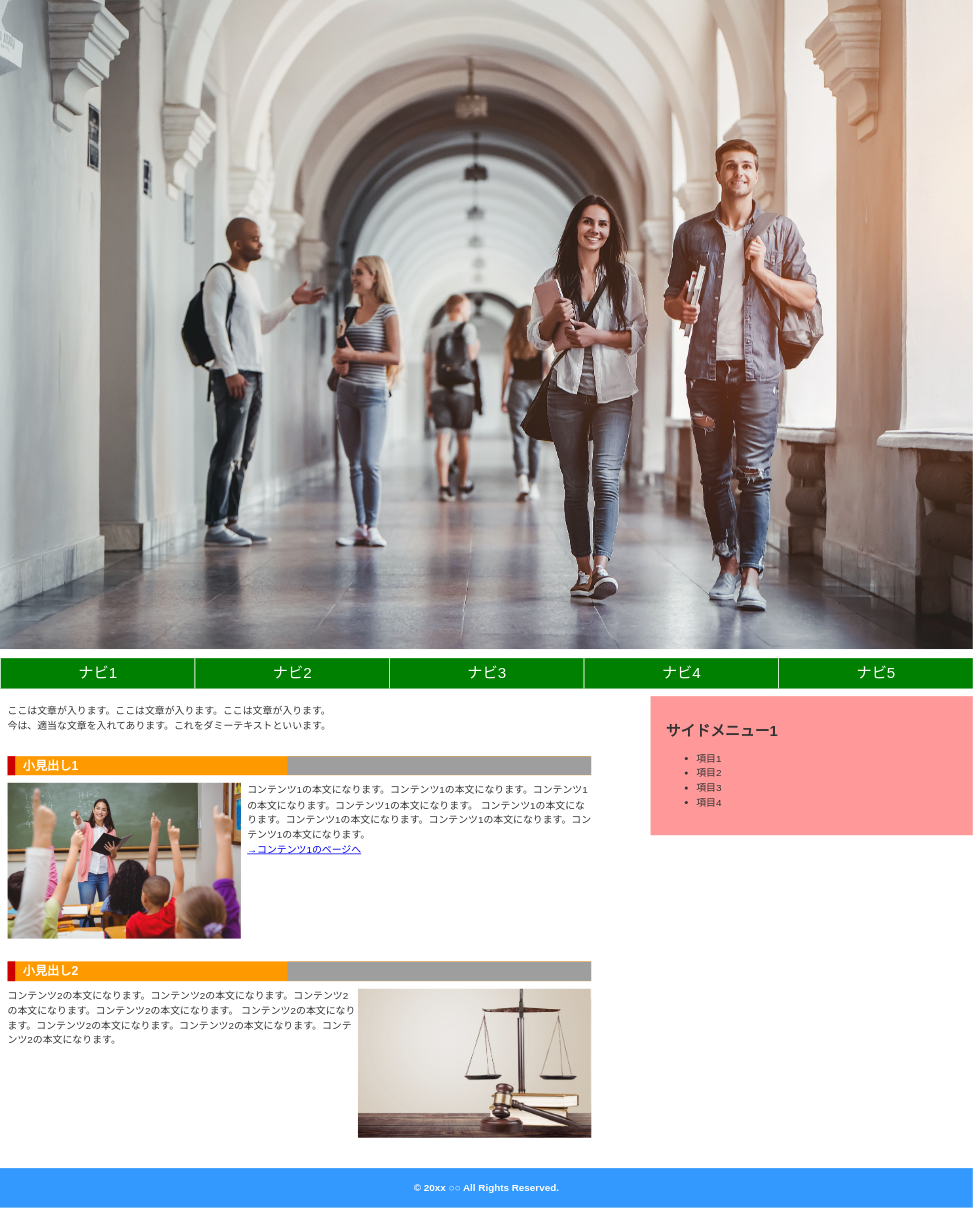
Repository: sui693/samurai_HTML-CSS
Page: home.html
The author's editor kept a record of every edit. The page is drawn from the files as they stood at one moment, then again after the next edit.
The browser window is 1280 px wide. The pictures show the whole page, at 76% of full size.
Pictures or frames that could not be fetched are drawn as grey boxes.

Above is the page before.

### home.html
<!DOCTYPE html>
<html lang="ja">
<head>
    <meta charset="UTF-8">
    <title>HTML/CSSの学習</title>
    <link rel="stylesheet" href="stylesheet.css">
</head>
<body>
    <div id="header">
        <h1><a href="index.html"><img id="corridor" src="images/corridor.jpg" alt="大学の廊下" /></a></h1>
    </div>
    <div id="wrapper">
        <div id="nav">
            <ul>
                <li><a href="home.html">ナビ1</a></li>
                <li><a href="#">ナビ2</a></li>
                <li><a href="#">ナビ3</a></li>
                <li><a href="#">ナビ4</a></li>
                <li><a href="#">ナビ5</a></li>
            </ul>
        </div>
    </div>
    <div id="container">
        <div id="main">
            <div class="post">
                <p>ここは文章が入ります。ここは文章が入ります。ここは文章が入ります。<br />今は、適当な文章を入れてあります。これをダミーテキストといいます。</p>
            </div>
            <div class="post clearfix">
                <h2>小見出し1</h2>
                <img class="left" src="images/classroom.jpg" alt="授業風景" />
                <p>
                    コンテンツ1の本文になります。コンテンツ1の本文になります。コンテンツ1の本文になります。コンテンツ1の本文になります。
                    コンテンツ1の本文になります。コンテンツ1の本文になります。コンテンツ1の本文になります。コンテンツ1の本文になります。
                </p>
                <p><a href="#">→コンテンツ1のページへ</a></p>
            </div>
            <div class="post clearfix">
                <h2>小見出し2</h2>
                <img class="right" src="images/scale.jpg" alt="天秤" />
                <p>
                    コンテンツ2の本文になります。コンテンツ2の本文になります。コンテンツ2の本文になります。コンテンツ2の本文になります。
                    コンテンツ2の本文になります。コンテンツ2の本文になります。コンテンツ2の本文になります。コンテンツ2の本文になります。                        </p>
            </div>
        </div>
    </div>
    <div id="side">
        <div class="box">
            <h2>サイドメニュー1</h2>
            <div class="boxBody">
                <ul>
                    <li>項目1</li>
                    <li>項目2</li>
                    <li>項目3</li>
                    <li>項目4</li>
                </ul>
            </div>
        </div>
    </div>
    <div id="footer">
        <p>&copy; 20xx ○○ All Rights Reserved.</p>
    </div>
</body>
</html>

### stylesheet.css
@charset "utf-8";

body {
    margin: 0;
    padding: 0;
    font-family: "ヒラギノ角ゴ Pro W3", "Hiragino Kaku Gothic Pro", "メイリオ", Meiryo, Osaka, "ＭＳ Ｐゴシック", "MS PGothic", sans-serif;
	color: #333;
	font-size: 13px;
	line-height:  150%;
}

/* -------------------- wrapper -------------------- */
#wrapper {
    width: 100%;
    margin: auto;
    padding: 0px;
    border: 0px;
    background-color: #FFF;
    top: 10px;
    position: relative;
}

 /* -------------------- header -------------------- */
 #header {
 	width: 100%;
 }
 #header h1 {
 	margin: 0;
    padding: 0;
 }

 #corridor {
	width: 100%;
	height: auto;
 }

 /* -------------------- footer -------------------- */
 #footer {
     clear: both;
     width: 100%;
     padding: 3px 0 3px 0;
     background: #39F;
     color: #FFF;
     font-weight: bold;
     text-align: center;
 }


/* -------------------- nav -------------------- */
#nav {
    width: 100%;
}
#nav ul {
    margin: 0;
    padding: 0;
    list-style-type: none;
}
#nav ul li {
    float: left;
    width: 20%;
    text-align: center;
}
#nav ul li a {
    display:  block;
    height: 20px;
    margin: 0;
    padding: 10px;
    color: #FFF;
    font-size: 20px;
    text-decoration: none;
    background-color: green;
    border-left: 1px solid white;
}

/* -------------------- container -------------------- */
#container {
    width: 100%;
    margin: auto;
    padding: auto;
    padding-top: 20px;
    clear: both;
}
/* -------------------- main -------------------- */
#main {
    float: left;
    width: 60%;
    padding: 10px 30px 10px 10px;
}
#main h2 {
    margin: 0 0 10px 0;
    padding: 3px 10px 3px 10px;
    color: #FFF;
    font-size: 16px;
    border-left: solid 10px #C00;
    background: #F90 url(../images/main_h2.jpg) right top repeat-y;
}
#main p {
    margin: 0;
    padding: 0;
}
#main .post {
    margin: 0 0 30px 0;
}
#main .post img.left {
    margin: 0 8px 0 0;
}
.right {
    float: right;
    width: 40%;
    height: auto;
}
.left {
    float: left;
    width: 40%;
    height: auto;
}

/* -------------------- clearfix -------------------- */
.clearfix {
    zoom: 1;
}
.clearfix:after{
    content: "";
    display: block;
    clear: both;
}

/* -------------------- side -------------------- */
#side {
    float: right;
 	 width: 30%;
 	 padding: 20px;
 	 background-color: #F99;
}

After the next edit:
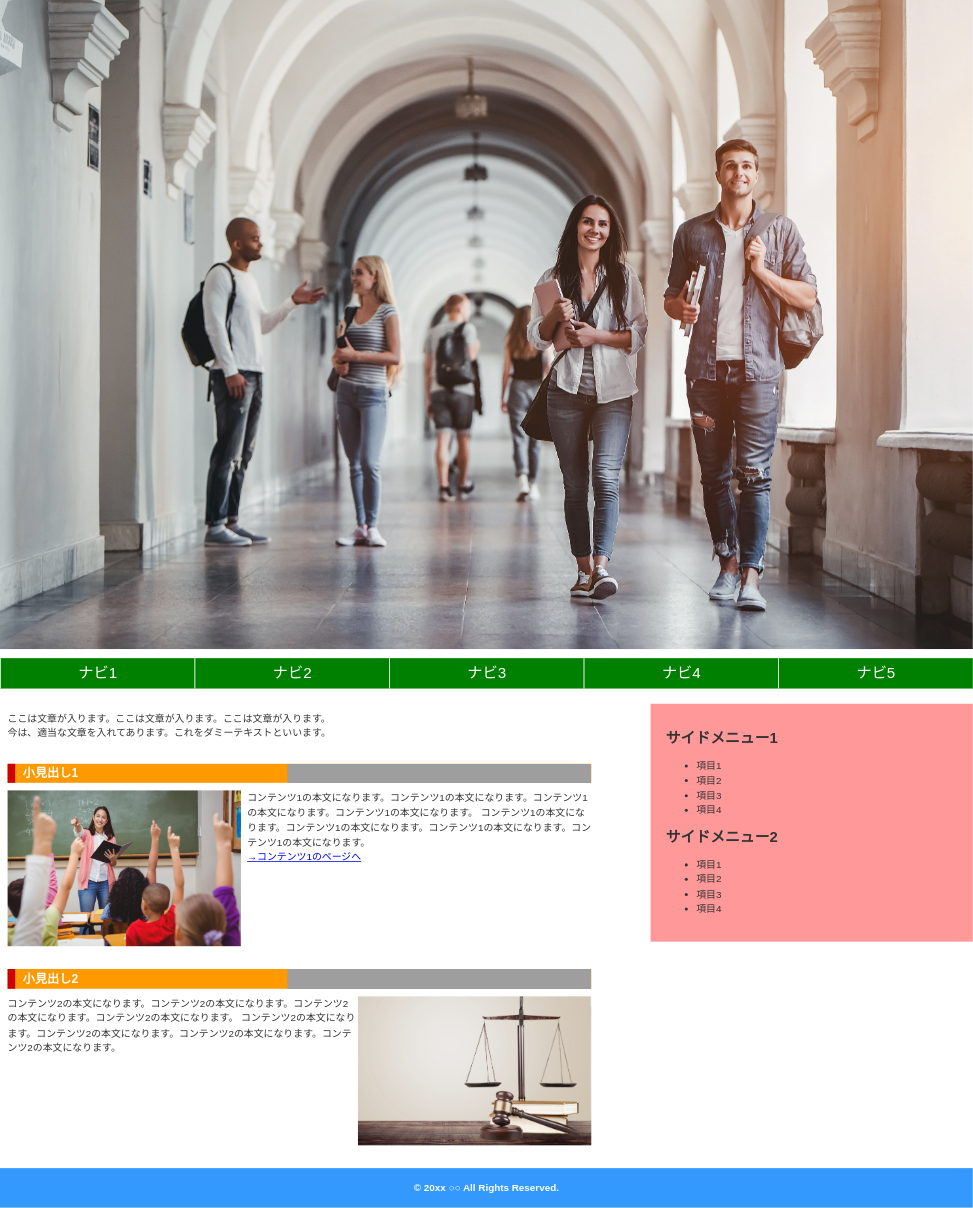
The edit:
--- a/home.html
+++ b/home.html
@@ -1,63 +1,75 @@
 <!DOCTYPE html>
 <html lang="ja">
-<head>
-    <meta charset="UTF-8">
-    <title>HTML/CSSの学習</title>
-    <link rel="stylesheet" href="stylesheet.css">
-</head>
-<body>
-    <div id="header">
-        <h1><a href="index.html"><img id="corridor" src="images/corridor.jpg" alt="大学の廊下" /></a></h1>
-    </div>
-    <div id="wrapper">
-        <div id="nav">
-            <ul>
-                <li><a href="home.html">ナビ1</a></li>
-                <li><a href="#">ナビ2</a></li>
-                <li><a href="#">ナビ3</a></li>
-                <li><a href="#">ナビ4</a></li>
-                <li><a href="#">ナビ5</a></li>
-            </ul>
+    <head>
+        <meta charset="UTF-8">
+        <title>HTML/CSSの学習</title>
+        <link rel="stylesheet" href="stylesheet.css">
+    </head>
+    <body>
+        <div id="header">
+            <h1><a href="index.html"><img id="corridor" src="images/corridor.jpg" alt="大学の廊下" /></a></h1>
         </div>
-    </div>
-    <div id="container">
-        <div id="main">
-            <div class="post">
-                <p>ここは文章が入ります。ここは文章が入ります。ここは文章が入ります。<br />今は、適当な文章を入れてあります。これをダミーテキストといいます。</p>
+        <div id="wrapper">
+            <div id="nav">
+                <ul>
+                    <li><a href="home.html">ナビ1</a></li>
+                    <li><a href="#">ナビ2</a></li>
+                    <li><a href="#">ナビ3</a></li>
+                    <li><a href="#">ナビ4</a></li>
+                    <li><a href="#">ナビ5</a></li>
+                </ul>
             </div>
-            <div class="post clearfix">
-                <h2>小見出し1</h2>
-                <img class="left" src="images/classroom.jpg" alt="授業風景" />
-                <p>
-                    コンテンツ1の本文になります。コンテンツ1の本文になります。コンテンツ1の本文になります。コンテンツ1の本文になります。
-                    コンテンツ1の本文になります。コンテンツ1の本文になります。コンテンツ1の本文になります。コンテンツ1の本文になります。
-                </p>
-                <p><a href="#">→コンテンツ1のページへ</a></p>
-            </div>
-            <div class="post clearfix">
-                <h2>小見出し2</h2>
-                <img class="right" src="images/scale.jpg" alt="天秤" />
-                <p>
-                    コンテンツ2の本文になります。コンテンツ2の本文になります。コンテンツ2の本文になります。コンテンツ2の本文になります。
-                    コンテンツ2の本文になります。コンテンツ2の本文になります。コンテンツ2の本文になります。コンテンツ2の本文になります。                        </p>
+            <div id="container">
+                <div id="main">
+                    <div class="post">
+                        <p>ここは文章が入ります。ここは文章が入ります。ここは文章が入ります。<br />今は、適当な文章を入れてあります。これをダミーテキストといいます。</p>
+                    </div>
+                    <div class="post clearfix">
+                        <h2>小見出し1</h2>
+                        <img class="left" src="images/classroom.jpg" alt="授業風景" />
+                        <p>
+                            コンテンツ1の本文になります。コンテンツ1の本文になります。コンテンツ1の本文になります。コンテンツ1の本文になります。
+                            コンテンツ1の本文になります。コンテンツ1の本文になります。コンテンツ1の本文になります。コンテンツ1の本文になります。
+                        </p>
+                        <p><a href="#">→コンテンツ1のページへ</a></p>
+                    </div>
+                    <div class="post clearfix">
+                        <h2>小見出し2</h2>
+                        <img class="right" src="images/scale.jpg" alt="天秤" />
+                        <p>
+                            コンテンツ2の本文になります。コンテンツ2の本文になります。コンテンツ2の本文になります。コンテンツ2の本文になります。
+                            コンテンツ2の本文になります。コンテンツ2の本文になります。コンテンツ2の本文になります。コンテンツ2の本文になります。
+                        </p>
+                    </div>
+                </div>
+                <div id="side">
+                    <div class="box">
+                        <h2>サイドメニュー1</h2>
+                        <div class="boxBody">
+                            <ul>
+                                <li>項目1</li>
+                                <li>項目2</li>
+                                <li>項目3</li>
+                                <li>項目4</li>
+                            </ul>
+                        </div>
+                    </div>
+                    <div class="box">
+                        <h2>サイドメニュー2</h2>
+                        <div class="boxBody">
+                            <ul>
+                                <li>項目1</li>
+                                <li>項目2</li>
+                                <li>項目3</li>
+                                <li>項目4</li>
+                            </ul>
+                        </div>
+                    </div>
+                </div>
             </div>
         </div>
-    </div>
-    <div id="side">
-        <div class="box">
-            <h2>サイドメニュー1</h2>
-            <div class="boxBody">
-                <ul>
-                    <li>項目1</li>
-                    <li>項目2</li>
-                    <li>項目3</li>
-                    <li>項目4</li>
-                </ul>
-            </div>
+        <div id="footer">
+            <p>&copy; 20xx ○○ All Rights Reserved.</p>
         </div>
-    </div>
-    <div id="footer">
-        <p>&copy; 20xx ○○ All Rights Reserved.</p>
-    </div>
-</body>
+    </body>
 </html>
